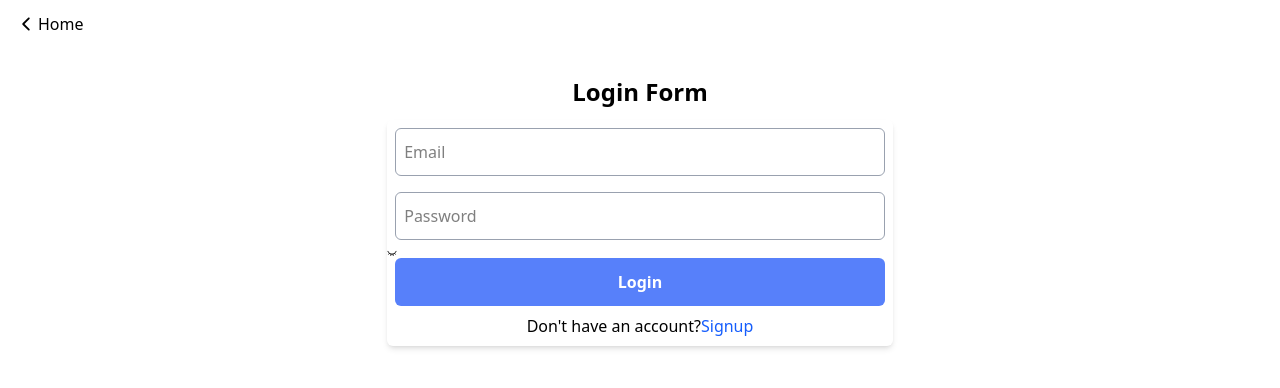
Repository: GAURAV-KUMAR22/restro-food-order-app
Page: /admin (app in qr-app/)
An editor plug-in stored every save of this project. The page is shown before and after the next save, followed by the edit.
The browser window is 1280 px wide. The pictures show the whole page.
The page's requests for data from a server got no answer. The project was rebuilt for these pictures with package versions that can differ from the ones it lists, and the page was loaded fresh each time. No one was signed in, and anything a server would have sent is missing. Also part of the build but not shown: qr-app/vite.config.js, qr-app/src/components/CardItem.jsx, qr-app/src/Services/PublicAxios.js, qr-app/src/components/CardDetails.jsx, qr-app/src/components/Client/CategoryCard.jsx, qr-app/src/Services/Socket.js, qr-app/src/components/Client/OrderStatusCard.jsx, qr-app/src/components/Client/SearchInput.jsx and 35 more.

Above is the page before, as saved 2025-06-11 16:42:47.

After the next save:
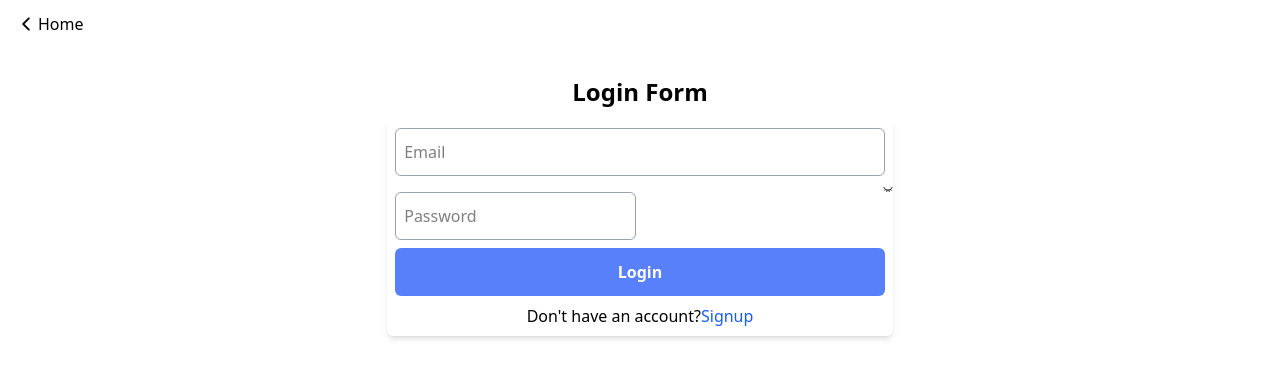
Saved 22 s later.
--- a/qr-app/src/Pages/Auth/Login.jsx
+++ b/qr-app/src/Pages/Auth/Login.jsx
@@ -89,7 +89,7 @@ export const Login = () => {
             />
             {error.email && <p className="text-red-800">{error.email}</p>}
           </div>
-          <div className="flex flex-col justify-between">
+          <div className="flex flex-row justify-between">
             <input
               type="password"
               name="password"
